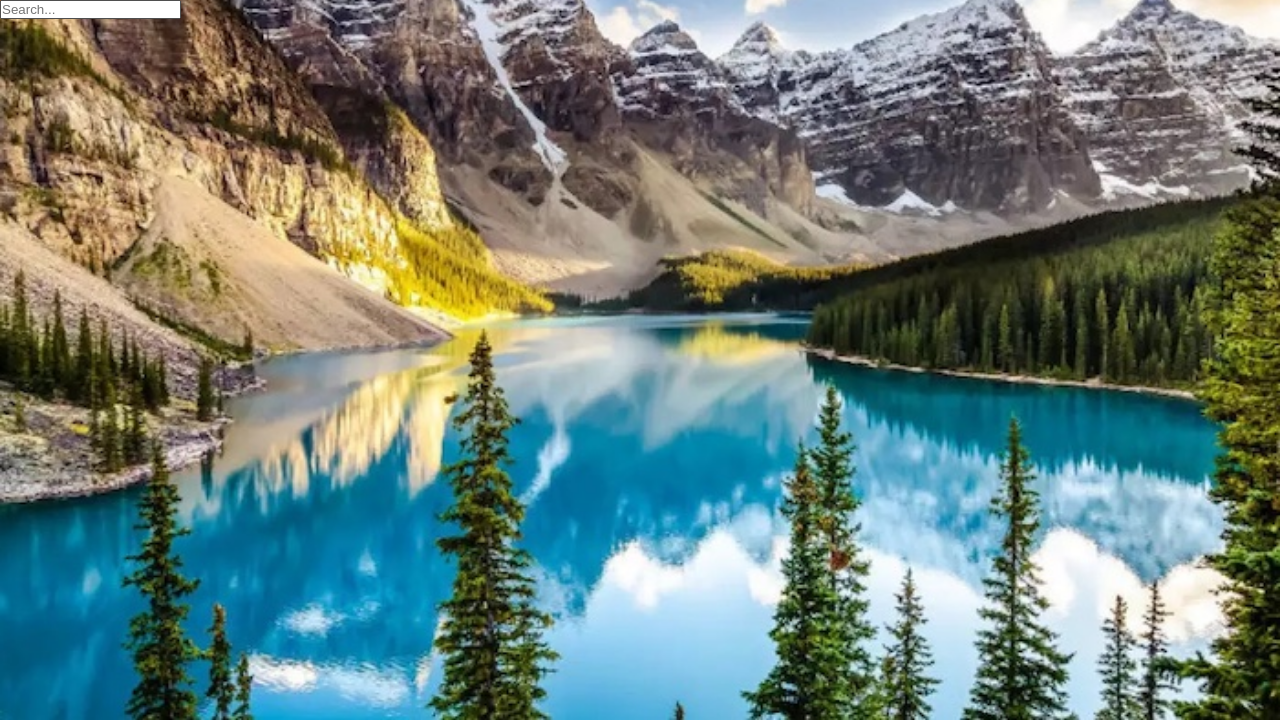
Repository: K-TT/WeatherApp
Page: /
An editor plug-in stored every save of this project. The page is shown before and after the next save, followed by the edit.
The browser window is 1280 px wide. The pictures show the whole page.
The project was rebuilt for these pictures with package versions that can differ from the ones it lists, and the page was loaded fresh each time.

Above is the page before, as saved 2022-01-13 23:03:10.

### src/index.css
* {
    margin: 0;
    padding: 0;
    box-sizing: border-box;
}

body {
    font-family: sans-serif;
}

.app {
    background-image: url(./assets/snowy_mountains.jpeg);
    background-size: cover;
    background-position: bottom;
    transition: 0.4 case-out;
}

.app.warm {
    background-image: url(./assets/summer_mountains.jpg);
}

main {
    min-height: 100vh;
}

### src/App.js
import React from 'react';
const api = {
  key: "9820c5639a4f86f59ebb8b89ceffe3b0",
  base: "https://api.openweathermap.org/data/2.5/"
}

function App() {
  return (
    <div className="app warm">
      <main>
        <div className="search-box">
          <input
            type="text"
            className="search-bar"
            placeholder="Search..."
          />
        </div>
      </main>
    </div>
    );
}

export default App;

Loaded but not shown: public/index.html (common file); src/index.js (common file); src/reportWebVitals.js (common file)

After the next save:
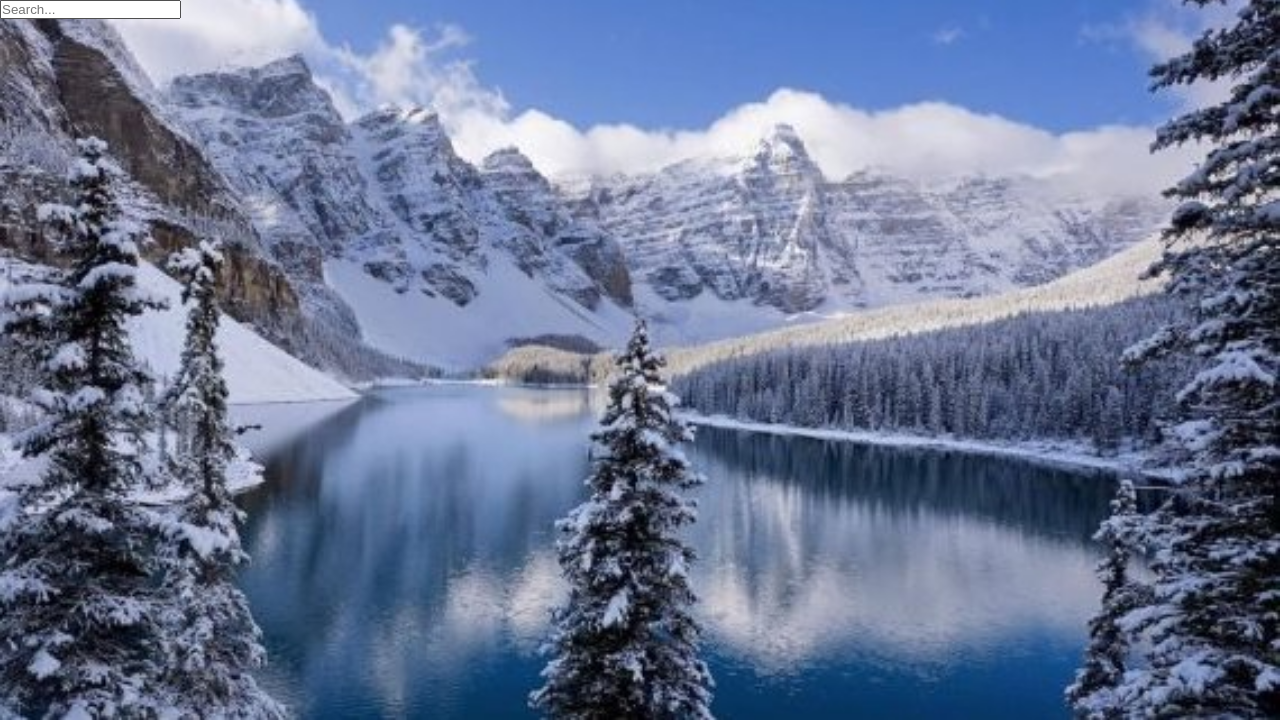
Saved 5 s later.
--- a/src/App.js
+++ b/src/App.js
@@ -6,7 +6,7 @@ const api = {
 
 function App() {
   return (
-    <div className="app warm">
+    <div className="app">
       <main>
         <div className="search-box">
           <input
